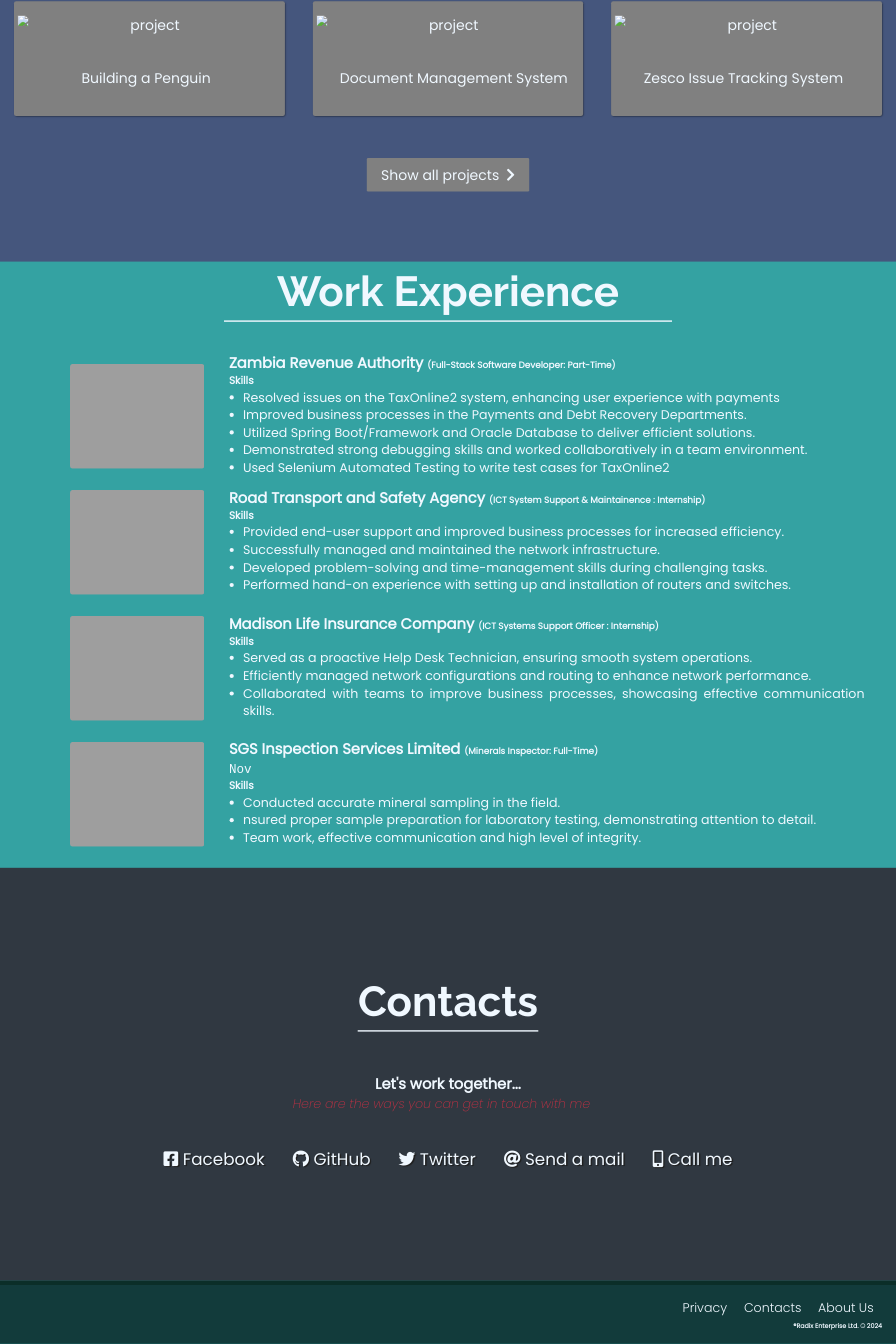
Repository: Lungdjos/personal_portifolio
Page: html/index.html
An editor plug-in stored every save of this project. The page is shown before and after the next save, followed by the edit.
The browser window is 1280 px wide. The pictures show the part of the page from y = 1224 to 3144 px (the page is 3144 px tall before and 2848 px after), at 70% of full size.
Pictures or frames that could not be fetched are drawn as grey boxes. Some web libraries are served in a nearby version.

Above is the page before, as saved 2024-02-04 02:36:41.

### html/index.html
<!DOCTYPE html>
<html lang="en">

<head>
    <meta charset="UTF-8">
    <meta name="viewport" content="width=device-width, initial-scale=1.0">
    <title>Personal Portifolio</title>
    <link rel="stylesheet" href="/css/styles.css">
    <link rel="stylesheet" href="https://use.fontawesome.com/releases/v5.8.2/css/all.css" integrity="sha384-oS3vJWv+0UjzBfQzYUhtDYW+Pj2yciDJxpsK1OYPAYjqT085Qq/1cq5FLXAZQ7Ay" crossorigin="anonymous">
    <link href="https://fonts.googleapis.com/css?family=Poppins:200i,300,400&amp;display=swap" rel="stylesheet">
    <link href="https://fonts.googleapis.com/css?family=Raleway:700&amp;display=swap" rel="stylesheet">
    <script src="edge-extension://ajdpfmkffanmkhejnopjppegokpogffp/assets/prompt.js"></script>
</head>

<body>
    <header class="header">
        <nav id="navbar">
            <ul class="nav-list">
                <li><a href="#welcome-section" class="nav-link"><i class=""></i>Home</a></li>
                <li>
                    <a href="#project-section" class="nav-link"> <i class=""></i>Projects</a>
                </li>
                <li>
                    <a href="#work-experience-section" class="nav-link"> <i class=""></i>Experience</a>
                </li>
                <li><a href="#contact-section" class="nav-link"><i class=""></i>Contacts</a></li>
            </ul>
        </nav>
    </header>
    <main class="m-3">
        <div id="spacer"></div>
        <section class="home" id="welcome-section">
            <div id="welcome-section">
                <h1 id="title">Hi there, I am Lungu</h1>
                <p id="sub-title"><span>a</span> <span>full-stack</span> <span>software</span> <span>developer</span></p>
            </div>
        </section>

        <div id="spacer"></div>
        <section class="project-section" id="project-section">
            <h1 id="project-heading" class="heading">Here are some Projects I have done</h1>

            <div class="project-grid">
                <a href="#" target="_blank" class="project project-title">
                    <img class="project-image" src="" alt="project">
                    <p class="project-title">
                        <span class="code">&lt;</span>Technical Document Page
                        <span class="code">/&gt;</span>
                    </p>
                </a>

                <a href="#" target="_blank" class="project project-title">
                    <img class="project-image" src="" alt="project">
                    <p class="project-title">
                        <span class="code">&lt;</span> Piano
                        <span class="code">/&gt;</span>
                    </p>
                </a>

                <a href="#" target="_blank" class="project project-title">
                    <img class="project-image" src="" alt="project">
                    <p class="project-title">
                        <span class="code">&lt;</span> Tribute Page
                        <span class="code">/&gt;</span>
                    </p>
                </a>

                <a href="#" target="_blank" class="project project-title">
                    <img class="project-image" src="" alt="project">
                    <p class="project-title">
                        <span class="code">&lt;</span> Building a Penguin
                        <span class="code">/&gt;</span>
                    </p>
                </a>

                <a href="#" target="_blank" class="project project-title">
                    <img class="project-image" src="" alt="project">
                    <p class="project-title">
                        <span class="code">&lt;</span> Document Management System
                        <span class="code">/&gt;</span>
                    </p>
                </a>

                <a href="#" target="_blank" class="project project-title">
                    <img class="project-image" src="" alt="project">
                    <p class="project-title">
                        <span class="code">&lt;</span> Zesco Issue Tracking System
                        <span class="code">/&gt;</span>
                    </p>
                </a>
            </div>

            <a href="#" class="btn btn-show-all" target="_blank">Show all projects<i class="fas fa-chevron-right"></i></a>
        </section>
        <div id="spacer"></div>
        <section class="work-exp-section" id="work-experience-section">
            <h1 class="heading work-exp-heading">Work Experience</h1>
            <div id="grid">
                <div id="icon"><img src="https://th.bing.com/th?id=OIP.rCZtK_dDgujHTn0u4EiHUwHaEX&w=325&h=191&c=8&rs=1&qlt=90&o=6&pid=3.1&rm=2" alt="icon"></div>
                <div class="experience">
                    <h3>Zambia Revenue Authority <small>(Full-Stack Software Developer: Part-Time)</small></h3>
                    <h5 class="skills">Skills</h5>
                    <p>
                        <ul>
                            <li>Resolved issues on the TaxOnline2 system, enhancing user experience with payments</li>
                            <li>Improved business processes in the Payments and Debt Recovery Departments.</li>
                            <li>Utilized Spring Boot/Framework and Oracle Database to deliver efficient solutions.</li>
                            <li>Demonstrated strong debugging skills and worked collaboratively in a team environment.</li>
                            <li>Used Selenium Automated Testing to write test cases for TaxOnline2</li>
                        </ul>
                    </p>
                </div>
            </div>

            <div id="grid">
                <div id="icon"><img src="https://th.bing.com/th?id=OIP.iDj6ErR_9QzKQiRz5T8xHQAAAA&w=158&h=159&c=8&rs=1&qlt=90&o=6&pid=3.1&rm=2" alt="icon"></div>
                <div class="experience">
                    <h3>Road Transport and Safety Agency <small>(ICT System Support & Maintainence : Internship)</small></h3>
                    <h5 class="skills">Skills</h5>
                    <p>
                        <ul>
                            <li>Provided end-user support and improved business processes for increased efficiency.</li>
                            <li>Successfully managed and maintained the network infrastructure.</li>
                            <li>Developed problem-solving and time-management skills during challenging tasks.</li>
                            <li>Performed hand-on experience with setting up and installation of routers and switches.</li>
                        </ul>
                    </p>
                </div>
            </div>

            <div id="grid">
                <div id="icon"><img src="https://th.bing.com/th?id=OIP.sgcljO8ZBHyturyXo14g8wAAAA&w=216&h=103&c=8&rs=1&qlt=90&o=6&pid=3.1&rm=2" alt="icon"></div>
                <div class="experience">
                    <h3>Madison Life Insurance Company <small>(ICT Systems Support Officer : Internship)</small></h3>
                    <h5 class="skills">Skills</h5>
                    <p>
                        <ul>
                            <li>Served as a proactive Help Desk Technician, ensuring smooth system operations.</li>
                            <li>Efficiently managed network configurations and routing to enhance network performance.</li>
                            <li>Collaborated with teams to improve business processes, showcasing effective communication skills.</li>
                        </ul>
                    </p>
                </div>
            </div>

            <div id="grid">
                <div id="icon"><img src="https://th.bing.com/th?id=OIP.TdyvCMy5NlyppvpqZwovrAHaE8&w=306&h=204&c=8&rs=1&qlt=90&o=6&pid=3.1&rm=2" alt="icon"></div>
                <div class="experience">
                    <div class="title-exp">
                        <h3>SGS Inspection Services Limited <small>(Minerals Inspector: Full-Time)</small></h3>
                        <code>Nov</code>
                    </div>

                    <h5 class="skills">Skills</h5>
                    <p>
                        <ul>
                            <li>Conducted accurate mineral sampling in the field.</li>
                            <li>nsured proper sample preparation for laboratory testing, demonstrating attention to detail.</li>
                            <li>Team work, effective communication and high level of integrity.</li>
                        </ul>
                    </p>
                </div>
            </div>
        </section>
        <div id="spacer"></div>
        <section class="contact-section" id="contact-section">
            <h1 class="heading contacts-heading">Contacts</h1>
            <div class="contact-section-header">
                <h3>Let's work together...</h3>
                <p>Here are the ways you can get in touch with me <i class="fa-duotone fa-phone"></i></p>
            </div>
            <div id="contact-links">
                <a href="https://facebook.com/freecodecamp" target="_blank" class="btn contact-details"><i class="fab fa-facebook-square"></i> Facebook</a>
                <a id="profile-link" href="https://github.com/freecodecamp" target="_blank" class="btn contact-details"><i class="fab fa-github"></i> GitHub</a>
                <a href="https://twitter.com/freecodecamp" target="_blank" class="btn contact-details"><i class="fab fa-twitter"></i> Twitter</a>
                <a href="mailto:example@example.com" class="btn contact-details"><i class="fas fa-at"></i> Send a mail</a>
                <a href="tel:555-555-5555" class="btn contact-details"><i class="fas fa-mobile-alt"></i> Call me</a>
            </div>
        </section>
    </main>
    <footer>
        <ul>
            <li><a href="">Privacy</a></li>
            <li><a href="">Contacts</a></li>
            <li><a href="">About Us</a></li>
        </ul>
        <span>&REG;Radix Enterprise Ltd. &copy; 2024</span>
    </footer>
</body>

</html>

### css/styles.css
/** STYLING FOR THE PORTIFOLIO **/


/* the root selector */

:root {
    /* colors */
    --col-1: aliceblue;
    --col-2: grey;
    --col-3: orangered;
    --col-4: #be3144;
    --bc-1: #34a2a2;
    --bc-2: #0b2e28;
    --bc-3: #123b3b;
    --bc-4: #45567d;
    --bc-5: #303841;
    /* values */
}


/* general stylings */

html {
    font-size: 62.5%;
    box-sizing: border-box;
    scroll-behavior: smooth;
}

* {
    margin: 0;
    padding: 0;
}


/* box-sizing and font sizing */

*,
*::before,
*::after {
    box-sizing: inherit;
}


/* body styling */

body {
    font-family: 'Poppins', sans-serif;
    font-size: 1.8rem;
    font-weight: 400;
    line-height: 1.4;
    color: var(--col-1);
    background-color: var(--bc-1);
}


/* headings styling */

h1,
h2 {
    font-family: 'Raleway', sans-serif;
    font-weight: 600;
    text-align: center;
}

h1 {
    font-size: 6rem;
}

h2 {
    font-size: 4.2rem;
}


/* List and anchor styling */

ul {
    list-style: none;
}

a {
    color: var(--col-1);
    text-decoration: none;
}

img {
    display: block;
    width: 100%;
}


/** NAVIGATION BAR */


/* nav bar styling */

nav {
    font-weight: 600;
}

.header {
    display: flex;
    justify-content: flex-end;
    position: fixed;
    top: 0;
    left: 0;
    width: 100%;
    box-shadow: 0 2px 0 rgba(0, 0, 0, 0.4);
    z-index: 10;
    background-color: var(--bc-2);
}

nav>ul {
    display: flex;
    margin-right: 2rem;
    text-transform: uppercase;
}

.nav-list a {
    display: block;
    font-size: 2.2rem;
    padding: 2rem;
}

.nav-list a:hover {
    background: var(--bc-4);
}

.nav-list a:visited {
    border-bottom: .2rem solid #ff6347;
}


/* body styling */

#spacer {
    max-width: 1000px;
    width: 100%;
    margin: 0 auto;
}

main li {
    list-style-type: disc;
}


/** HOME PAGE */


/* Styling or the Home Page */

.home {
    width: 100%;
    height: 100vh;
    display: flex;
    flex-direction: column;
    justify-content: center;
    align-items: center;
    background: inherit;
    background-image: linear-gradient(62deg, #3a3d40 0%, #181719 100%);
}

#welcome-section>p {
    font-size: 3rem;
    font-weight: 200;
    font-style: italic;
    color: #d0a;
}

#title {
    transform-origin: center;
    animation: rotateAndChangeColor 14s infinite ease-in-out;
}

#sub-title {
    text-indent: 10px;
}

#sub-title span {
    display: inline-block;
    animation: fallAnimation 4s infinite ease-in-out forwards;
}


/** PROJECTS */


/* styling for projects */

.project-section {
    text-align: center;
    padding: 10rem 2rem;
    background: var(--bc-4);
}

.heading {
    max-width: 640px;
    margin: 0 auto 6rem auto;
    border-bottom: .2rem solid var(--col-1);
}


/* grids */

.project-grid {
    display: grid;
    grid-template-columns: repeat(auto-fit, minmax(360px, 1fr));
    grid-gap: 4rem;
    width: 100%;
    max-width: 1280px;
    margin: 0 auto;
    margin-bottom: 6rem;
}


/* individual projects */

.project {
    background: var(--col-2);
    box-shadow: 1px 1px 2px rgba(0, 0, 0, 0.4);
    border-radius: 3px;
}

.code {
    color: var(--col-2);
    transition: color 0.3s ease-out;
}

.project:hover .code {
    color: var(--col-3);
}

.project-image {
    height: calc(100% - 6.8rem);
    width: 100%;
    object-fit: cover;
}

.project-title {
    font-size: 2rem;
    padding: 2rem 0.5rem;
}

.btn {
    display: inline-block;
    padding: 1rem 2rem;
    border-radius: 2px;
}

.btn-show-all {
    font-size: 2rem;
    background: var(--col-2);
    transition: background 0.3s ease-out;
}

.btn-show-all:hover {
    background: var(--col-3);
}

.btn-show-all:hover>i {
    transform: translateX(2px);
}

.btn-show-all>i {
    margin-left: 10px;
    transform: translateX(0);
    transition: transform 0.3s ease-out;
}


/** WORK EXPERIENCE */

#work-experience-section {
    justify-content: center;
}

.work-exp-section small {
    font-size: 60%;
}

#work-experience-section #icon {
    display: flex;
    flex-direction: column;
    justify-content: center;
    align-items: center;
}

#work-experience-section img {
    border-radius: 3%;
    height: 150px;
    width: 15vw;
    margin-right: 2rem;
}

#work-experience-section .experience {
    display: flex;
    flex-direction: column;
    justify-content: center;
    height: 125px;
    width: 80vw;
    padding: 5px;
    margin: 1rem;
}

#grid {
    display: flex;
    margin: 3rem;
    margin-left: 10rem;
}

.experience {
    text-align: justify;
}

.experience ul {
    padding-left: 2rem;
}

.skills {
    color: var(--col-1);
}


/** CONTACTS */

#contact-section {
    display: flex;
    flex-direction: column;
    justify-content: center;
    align-items: center;
    text-align: center;
    padding: 0 3rem;
    width: 100%;
    height: 82vh;
    background: var(--bc-5);
}

.contact-section-header>h2 {
    font-size: 6rem;
}

.contact-section-header>p {
    font-style: italic;
    color: var(--col-4);
}

#contact-links {
    display: flex;
    justify-content: center;
    width: 100%;
    max-width: 980px;
    margin-top: 4rem;
    flex-wrap: wrap;
}

.contact-details {
    font-size: 2.4rem;
    text-shadow: 2px 2px 1px #1f1f1f;
    transition: transform 0.3s ease-out;
}

.contact-details:hover {
    transform: translateY(10px);
    color: var(--col-4);
}


/** FOOTER */


/* footer styling */

footer {
    font-weight: 300;
    padding: 2rem;
    background-color: var(--bc-3);
    border-top: 6px solid var(--bc-2);
}

footer>ul {
    display: flex;
    justify-content: flex-end;
}

footer>ul>li {
    padding: 0 12px;
}

footer>span {
    display: flex;
    justify-content: flex-end;
    margin-top: 6px;
    font-size: .9rem;
    font-weight: bold;
}


/** ANIMATIONS AND EFFECTS */


/* Welcome Page Animations */

@keyframes rotateAndChangeColor {
    0% {
        transform: rotateY(0deg);
        color: #333;
    }
    30% {
        transform: rotateY(360deg);
        color: #2e604a;
    }
    60% {
        transform: rotate(0deg);
        color: #45567d;
    }
    90% {
        transform: rotate(360deg);
        color: #ff6347;
    }
}

@keyframes fallAnimation {
    0% {
        transform: translateY(-60px);
        opacity: 0;
    }
    50% {
        transform: translateY(-60px);
        opacity: 0.4;
    }
    100% {
        transform: translateY(0);
        opacity: 1;
    }
}


/** STYLING FOR SMALL DEVICES */


/* 1200px / 16px = 75em */

@media (max-width: 75em) {
    html {
        font-size: 60%;
    }
}


/* 980px / 16px = 61.25em */

@media (max-width: 61.25em) {
    html {
        font-size: 58%;
    }
}


/* 460px / 16px = 28.75em */

@media (max-width: 28.75em) {
    html {
        font-size: 55%;
    }
}


/** NAV-BAR */


/* nav bar media queries */

@media (max-width: 28.75em) {
    #navbar {
        justify-content: center;
    }
    .nav-list {
        margin: 0 1rem;
    }
}


/** PROJECTS */


/* projects media query */

@media (max-width: 28.75em) {
    #project-heading {
        font-size: 4rem;
    }
}

@media (max-width: 30.625em) {
    .project-section {
        padding: 6rem 1rem;
    }
    .project-grid {
        grid-template-columns: 1fr;
    }
}


/** WORK EXPERIENCE */

@media (max-width: 550px) {
    #work-experience-section #icon {
        display: none;
    }
}

@media (max-width: 550px) {
    #work-experience-section .experience {
        width: 100%;
        text-align: center;
        padding: 0;
        height: 150px;
    }
}

@media (max-width: 650px) {
    #work-experience-section {
        margin-top: 0;
    }
}


/** CONTACTS */

@media (max-width: 28.75em) {
    .contact-section-header>h2 {
        font-size: 4rem;
    }
}


/** FOOTER */


/* footer */

@media (max-width: 28.75em) {
    footer {
        flex-direction: column;
        text-align: center;
    }
}

After the next save:
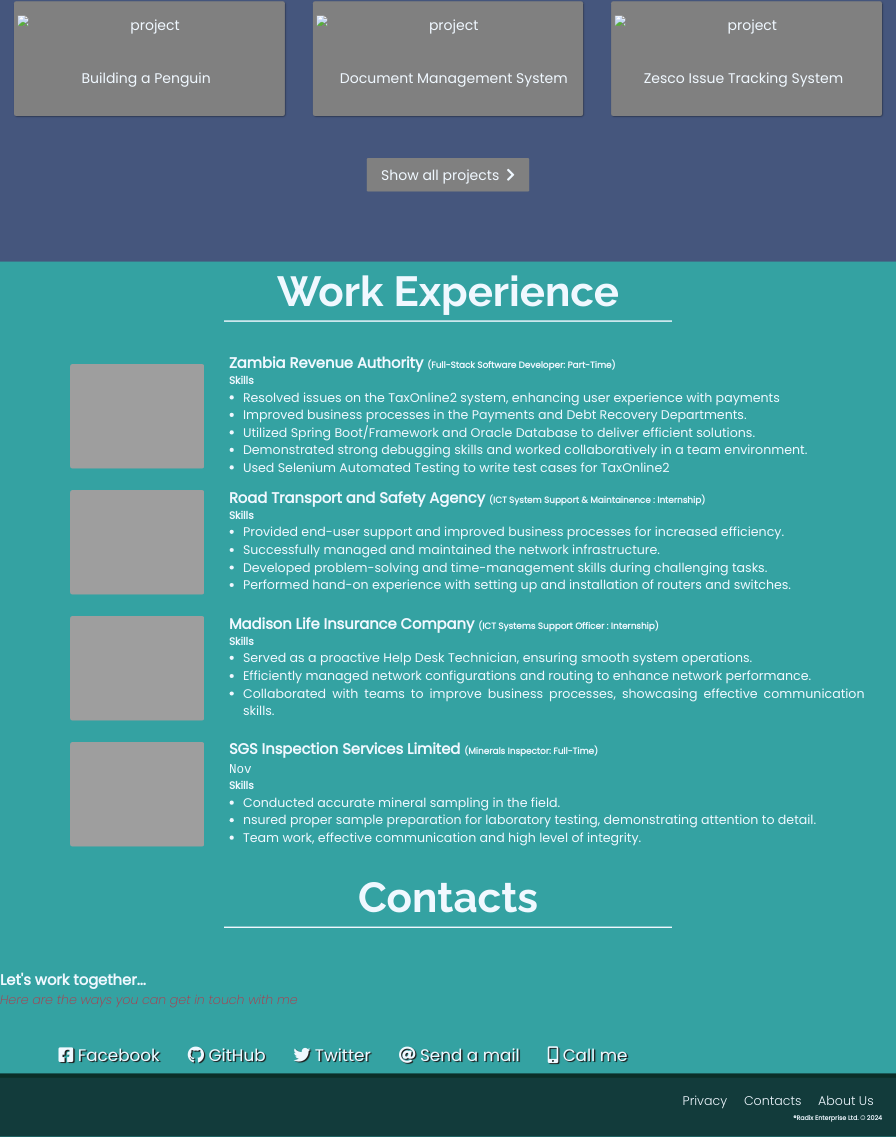
Saved 19 s later.
--- a/css/styles.css
+++ b/css/styles.css
@@ -319,7 +319,7 @@ main li {
     color: var(--col-1);
 }
 
-
+.til
 /** CONTACTS */
 
 #contact-section {

After the 5 saves that followed:
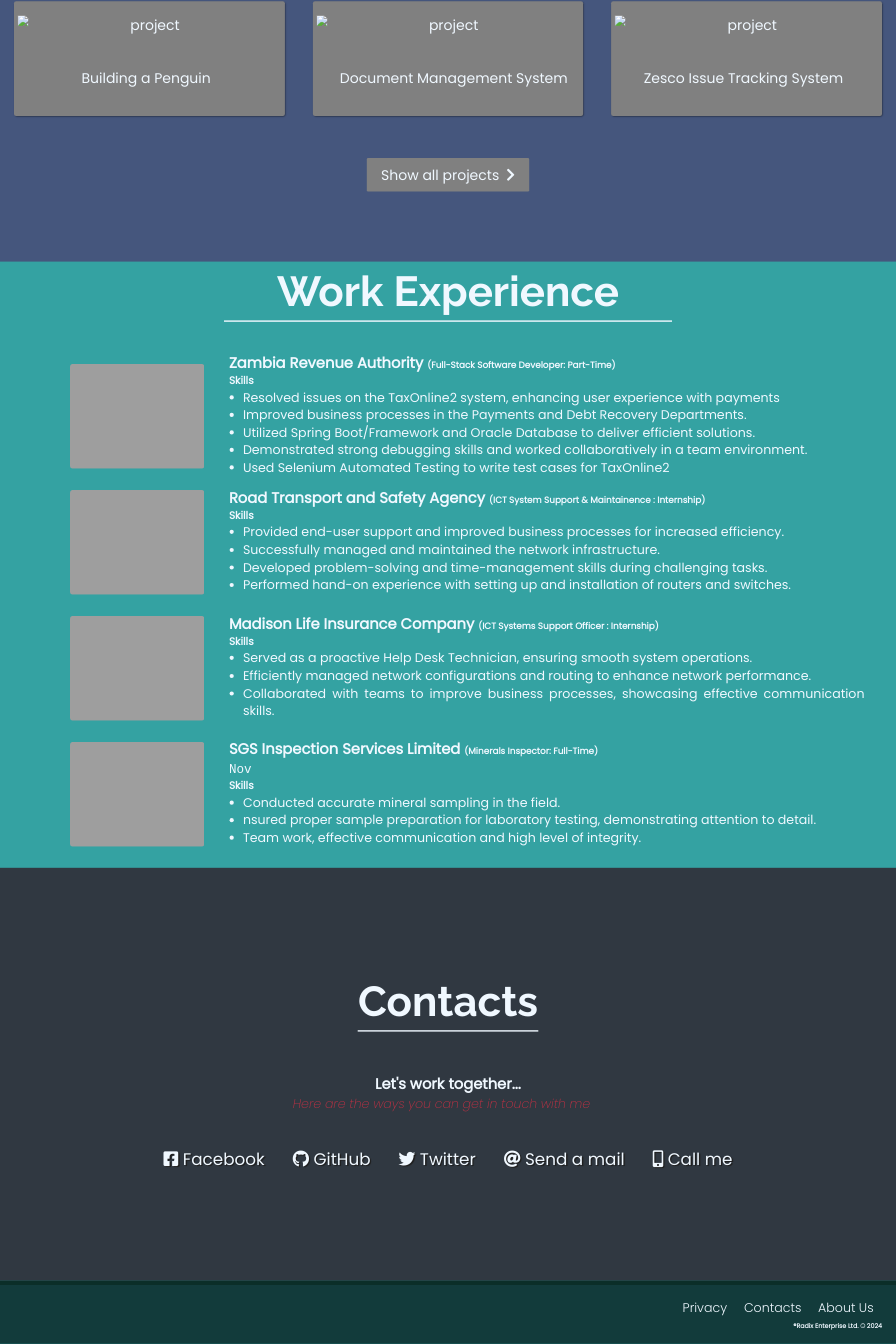
The 5 saves are shown as one change because they came seconds apart.
The last was saved 13 s later.
--- a/css/styles.css
+++ b/css/styles.css
@@ -319,7 +319,11 @@ main li {
     color: var(--col-1);
 }
 
-.til
+.title-exp {
+    dis
+}
+
+
 /** CONTACTS */
 
 #contact-section {
